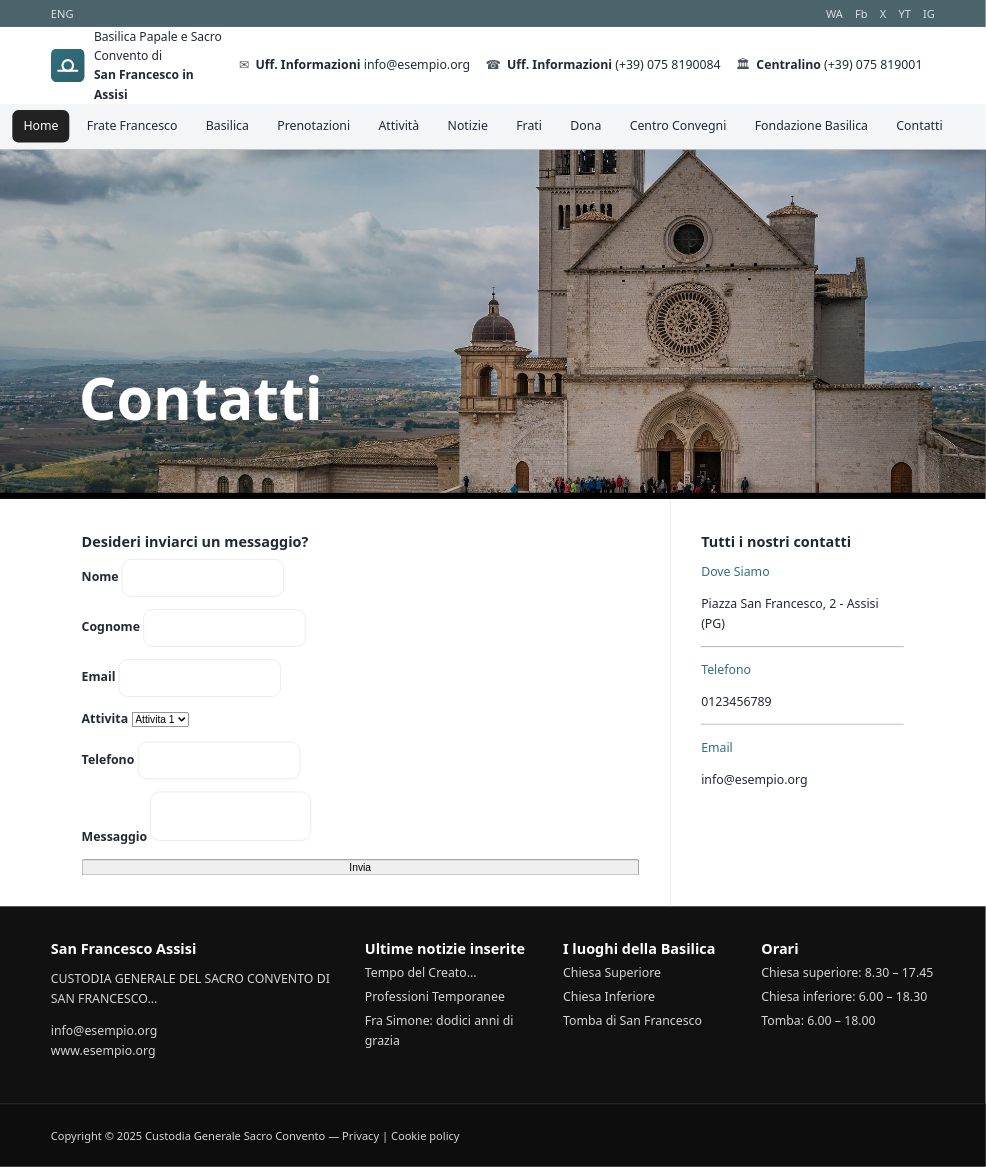
Repository: leacappello/basilica-platform-project
Page: pages/contatti.html
The author's editor kept a copy of each file at every save. The page is drawn from the files as they stood at one save, then again after the next save.
The browser window is 1280 px wide. The pictures show the whole page, at 77% of full size.

Above is the page before, as saved 2025-09-17 09:48:07.
Console error (its wording comes from the project's code and is left out).

After the next save:
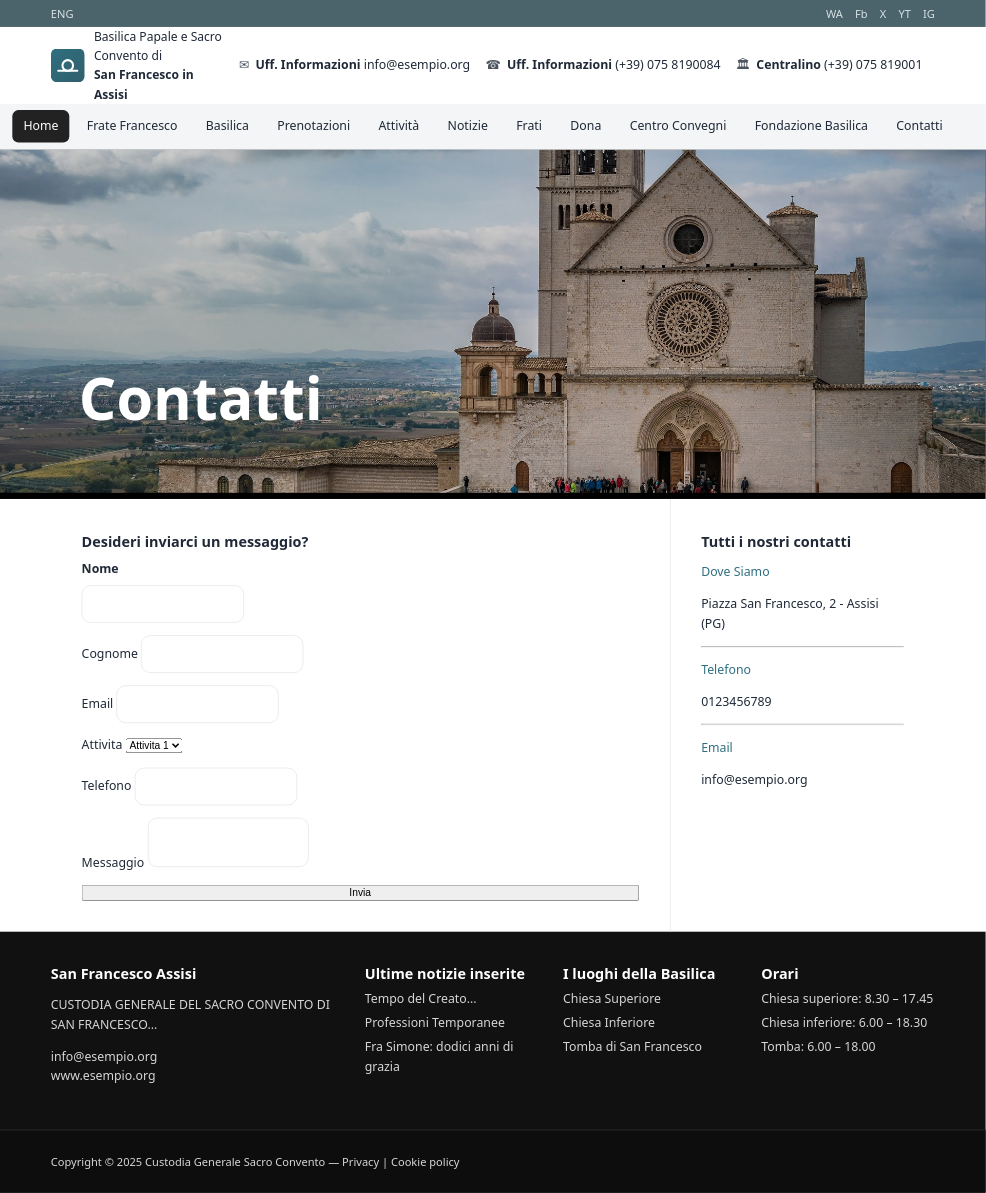
Saved 25 s later.
--- a/assets/styles.css
+++ b/assets/styles.css
@@ -264,7 +264,8 @@ input[type="submit"]{
   cursor: pointer;
 }
 
-form label{
+.label{
+  display: block;
   font-weight: 600;
   margin-bottom: var(--space-2);
   }

After the save that followed:
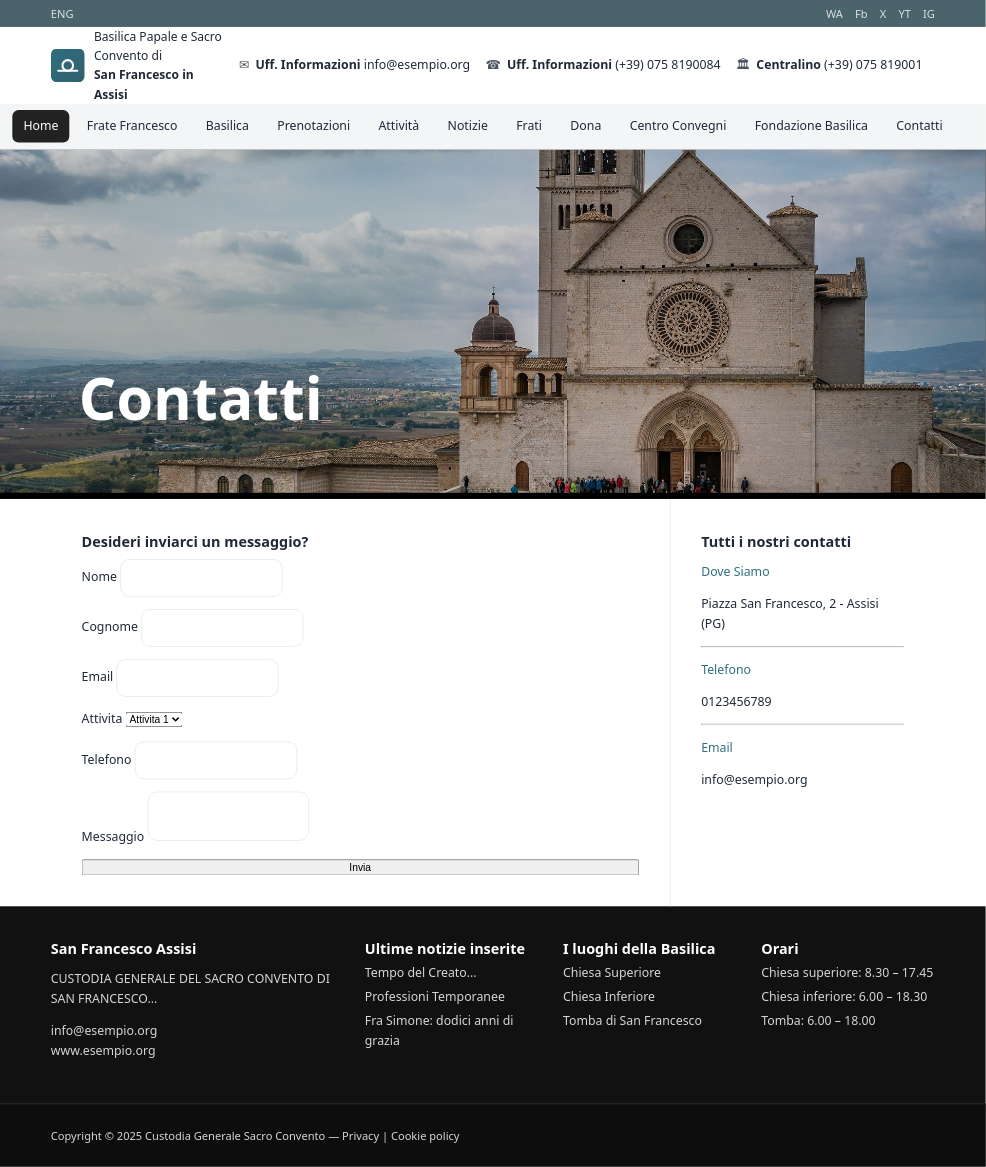
Saved 34 s later.
--- a/pages/contatti.html
+++ b/pages/contatti.html
@@ -169,8 +169,8 @@
                         <form>
                             <!-- nome -->
                             <div>
-                                <label for="nome" class="label">Nome</label>
-                                <input class="input" type="text" id="nome" name="nome">
+                                <label for="nome">Nome</label>
+                                <input type="text" id="nome" name="nome">
                             </div>
                             <!-- cognome -->
                             <div>
